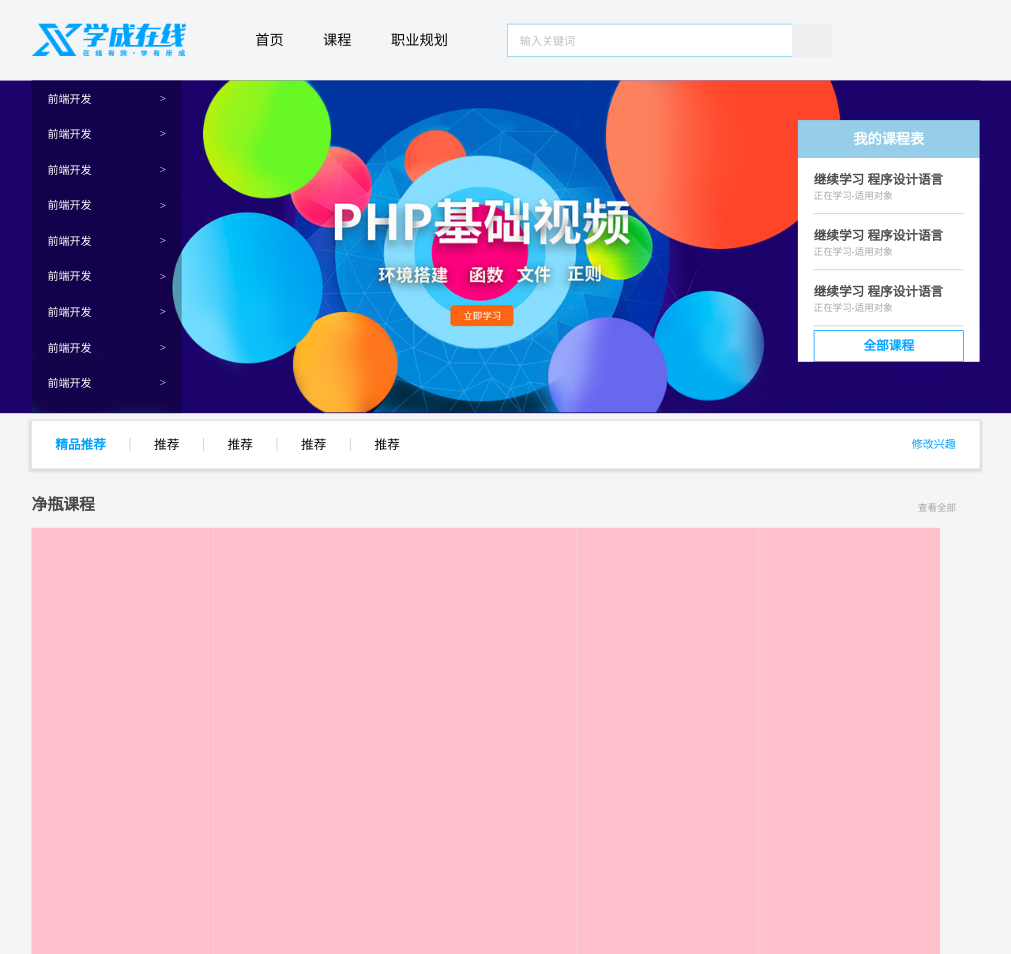
Repository: R1Deemo/Web-Project
Page: index..html
These files come from the project's save history. The page is drawn as it stood at one moment and after the next save; the edit follows.
The browser window is 1280 px wide. The pictures show the whole page, at 79% of full size.

Above is the page before, as saved 2022-03-09 19:21:08.

### index..html
<!DOCTYPE html>
<html lang="en">

<head>
    <meta charset="UTF-8">
    <meta http-equiv="X-UA-Compatible" content="IE=edge">
    <meta name="viewport" content="width=device-width, initial-scale=1.0">
    <title>测试页面</title>
    <link rel="stylesheet" href="style.css">
</head>

<body>
    <!--头部模块 -->
    <div class="header w">
        <div class="logo">
            <img src="images/学成在线.png" alt="">
        </div>
        <!-- 实际开发中要用li+a的做法做导航栏 -->
        <div class="nav">
            <ul>
                <li>
                    <a href="#">首页</a>
                </li>
                <li>
                    <a href="#">课程</a>
                </li>
                <li>
                    <a href="#">职业规划</a>
                </li>

            </ul>
        </div>
        <!-- 搜索模块 -->
        <div class="search">
            <input type="text" value="输入关键词">
            <button></button>

        </div>

    </div>
    <!-- 头部区域结束 -->
    <!-- banner部分开始 -->
    <div class="banner">
        <div class="w">
            <div class="subnav">
                <ul>
                    <li><a href="#">前端开发<span>&gt</span></a></li>
                    <li><a href="#">前端开发<span>&gt</span></a></li>
                    <li><a href="#">前端开发<span>&gt</span></a></li>
                    <li><a href="#">前端开发<span>&gt</span></a></li>
                    <li><a href="#">前端开发<span>&gt</span></a></li>
                    <li><a href="#">前端开发<span>&gt</span></a></li>
                    <li><a href="#">前端开发<span>&gt</span></a></li>
                    <li><a href="#">前端开发<span>&gt</span></a></li>
                    <li><a href="#">前端开发<span>&gt</span></a></li>

                </ul>

            </div>
            <div class="course">
                <h2>我的课程表</h2>
                <div class="bd">
                    <ul>
                        <li>
                            <h4>继续学习 程序设计语言</h4>
                            <p>正在学习-适用对象</p>
                        </li>
                        <li>
                            <h4>继续学习 程序设计语言</h4>
                            <p>正在学习-适用对象</p>
                        </li>
                        <li>
                            <h4>继续学习 程序设计语言</h4>
                            <p>正在学习-适用对象</p>
                        </li>
                    </ul>
                    <a href="#" class="more">全部课程</a>
                </div>

            </div>
        </div>

    </div>
    <!-- banner区域结束 -->
    <!-- 精品推荐模块开始 -->
    <div class="goods w">
        <h3>精品推荐</h3>
        <ul>
            <li><a href="#">推荐</a></li>
            <li><a href="#">推荐</a></li>
            <li><a href="#">推荐</a></li>
            <li><a href="#">推荐</a></li>

        </ul>
        <a href="#" class="mod">修改兴趣</a>
    </div>
    <div class="box w">
        <div class="box-hd">
            <h3>净瓶课程</h3>
            <a href="#">查看全部</a>
        </div>
        <div class="box-bd">
            <ul>
                <li></li>
                <li></li>
                <li></li>
                <li></li>
                <li></li>
                <li></li>
                <li></li>
                <li></li>
                <li></li>
                <li></li>


            </ul>
        </div>
    </div>



</body>

</html>

### style.css
* {
    margin: 0;
    padding: 0;
}

.w {
    width: 1200px;
    margin: 0 auto;
}

body {
    background-color: #f3f5f7;
}

li {
    list-style: none;
}

a {
    text-decoration: none;
}

.header {
    height: 42px;
    /* background-color: pink; */
    margin: 30px auto;
}

.logo {
    float: left;
    width: 198px;
    height: 42px;
}

.nav {
    float: left;
    margin-left: 60px;
}

.nav ul li {
    float: left;
    margin: 0 15px;
}

.nav ul li a {
    display: block;
    height: 42px;
    padding: 0 10px;
    line-height: 42px;
    font-size: 18px;
    color: #050505;
}

.nav ul li a:hover {
    border-bottom: 2px solid #00a4ff;
}

.search {
    float: left;
    width: 412px;
    height: 42px;
    margin-left: 50px;
}

.search input {
    float: left;
    width: 345px;
    height: 40px;
    border: 1px solid skyblue;
    border-right: 0;
    color: #bfbfbf;
    font-size: 14px;
    padding-left: 15px;
}

.search button {
    float: left;
    width: 50px;
    height: 42px;
    border: 0;
    /* background: url(images/搜索.png); */
}

.banner {
    background-color: #1c036c;
    height: 421px;
}

.banner .w {
    background: url(images/banner2.png) no-repeat top center;
    height: 421px;
}

.subnav {
    float: left;
    width: 190px;
    height: 421px;
    background-color: rgba(0, 0, 0, .3);
}

.subnav ul li {
    height: 45px;
    line-height: 45px;
    padding: 0 20px;
}

.subnav ul li a {
    font-size: 14px;
    color: #fff;
}

.subnav ul li a span {
    float: right;
}

.subnav ul li a:hover {
    color: #00a4ff;
}

.course {
    float: right;
    margin-top: 50px;
    width: 230px;
    height: 300px;
    /* background-color: #fff; */
}

.course h2 {
    height: 48px;
    background-color: #96ceea;
    font-size: 18px;
    line-height: 48px;
    text-align: center;
    color: #fff;
}

.bd {
    padding: 0 20px;
    background-color: white;
}

.bd ul li h4 {
    font-size: 16px;
    color: #4e4e4e;
}

.bd ul li p {
    font-size: 12px;
    color: #a5a5a5;
}

.bd ul li {
    border-bottom: 1px solid #ccc;
    padding: 14px 0;
}

.bd .more {
    display: block;
    margin-top: 5px;
    height: 38px;
    border: 1px solid #00a4ff;
    text-align: center;
    line-height: 38px;
    color: #00a4ff;
    font-size: 16px;
    font-weight: 700;
}

.goods {
    height: 60px;
    background-color: #fff;
    box-shadow: 0 2px 3px 3px rgba(0, 0, 0, .1);
    margin-top: 10px;
    line-height: 60px;
}

.goods h3 {
    float: left;
    margin-left: 30px;
    color: #00a4ff;
    font-size: 16px;
}

.goods ul {
    float: left;
    margin-left: 30px;
}

.goods ul li {
    float: left;
}

.goods ul li a {
    padding: 0 30px;
    font-size: 16px;
    color: #050505;
    border-left: 1px solid #ccc;
}

.mod {
    float: right;
    margin-right: 30px;
    font-size: 14px;
    color: #00a4ff;
}

.box {
    margin-top: 30px;
}

.box-hd {
    height: 45px;
}

.box-hd h3 {
    float: left;
    font-size: 20px;
    color: #494949;
}

.box-hd a {
    float: right;
    font-size: 12px;
    color: #a5a5a5;
    margin-top: 10px;
    margin-right: 30px;
}

.box-bd ul li {
    float: left;
    width: 230px;
    height: 270px;
    background-color: pink;
}

After the next save:
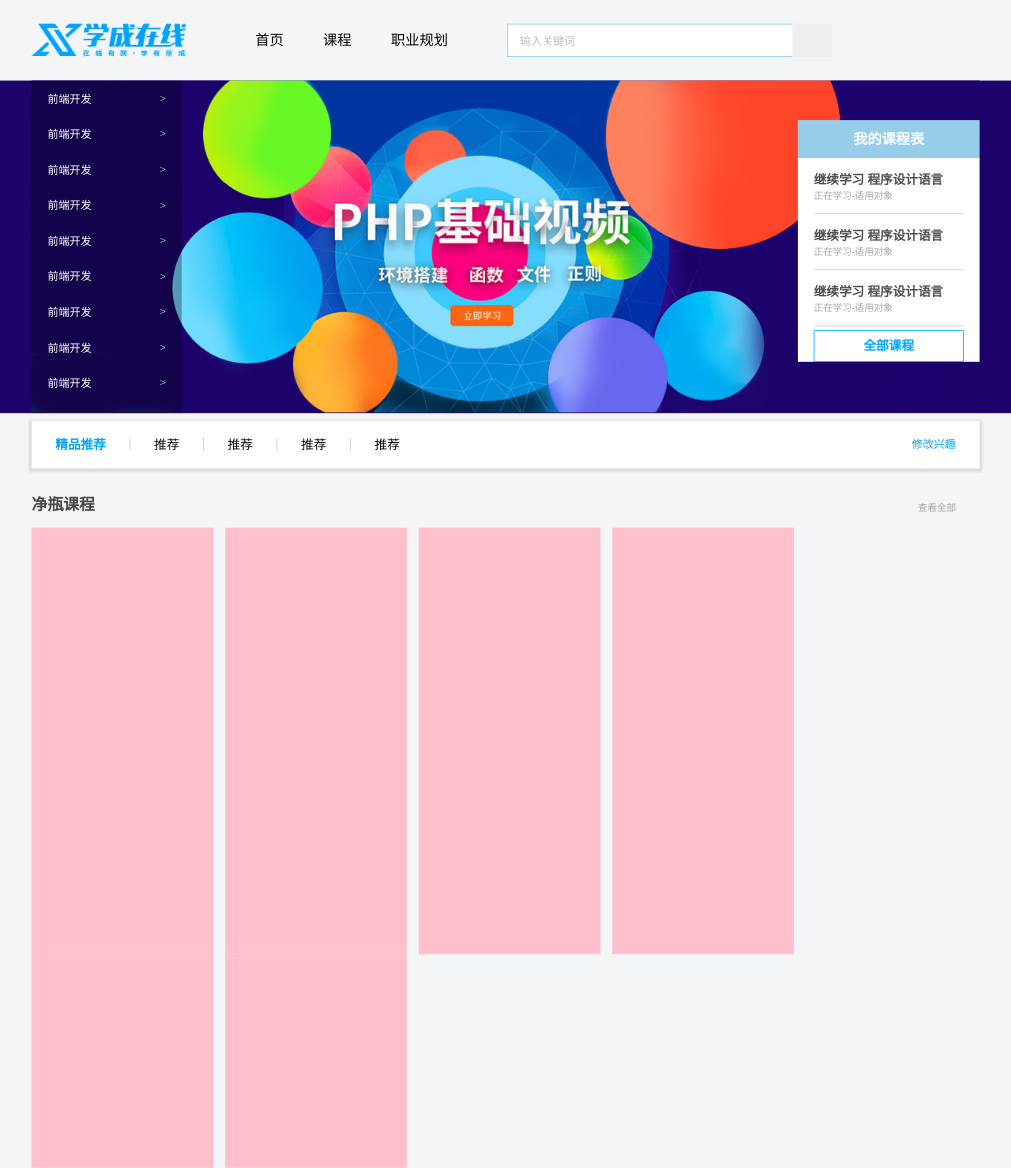
Saved 18 s later.
--- a/style.css
+++ b/style.css
@@ -231,4 +231,5 @@
     width: 230px;
     height: 270px;
     background-color: pink;
-}
+    margin-right: 15px;
+}
